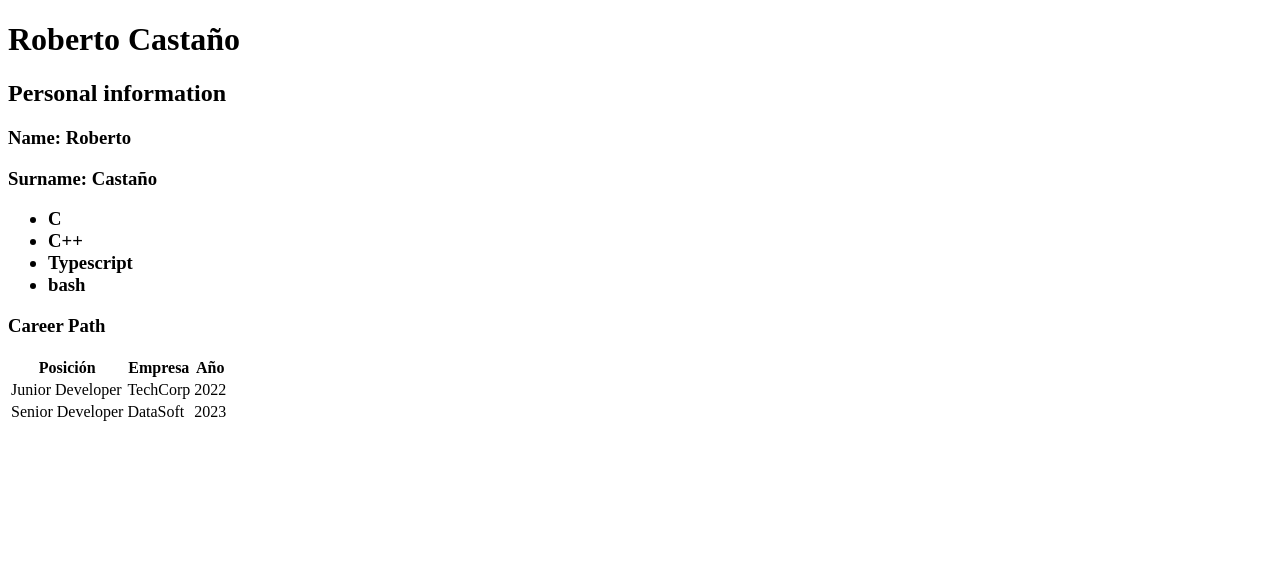
Repository: cronopi/django
Page: Training-Python-Django-0 1/ex01/cv.html
An editor plug-in stored every save of this project. The page is shown before and after the next save, followed by the edit.
The browser window is 1280 px wide. The pictures show the whole page.

Above is the page before, as saved 2026-03-10 12:18:01.

### Training-Python-Django-0 1/ex01/cv.html
<!DOCTYPE html>
<html>

<head>
	<title>Curriculum Vitae</title>
</head>

<body>
	<h1>Roberto Castaño</h1>
	<h2>Personal information</h2>
	<h3>
		Name: Roberto
	</h3>
	<h3>
		Surname: Castaño
	</h3>
	<h3>
		<ul>
			<li>C</li>
			<li>C++</li>
			<li>Typescript</li>
			<li>bash</li>

		</ul>

		<h3>Career Path</h2>
			<table>
				<tr>
					<th>Posición</th>
					<th>Empresa</th>
					<th>Año</th>
				</tr>
				<tr>
					<td>Junior Developer</td>
					<td>TechCorp</td>
					<td>2022</td>
				</tr>
				<tr>
					<td>Senior Developer</td>
					<td>DataSoft</td>
					<td>2023</td>
				</tr>
			</table>
</body>

</html>

After the next save:
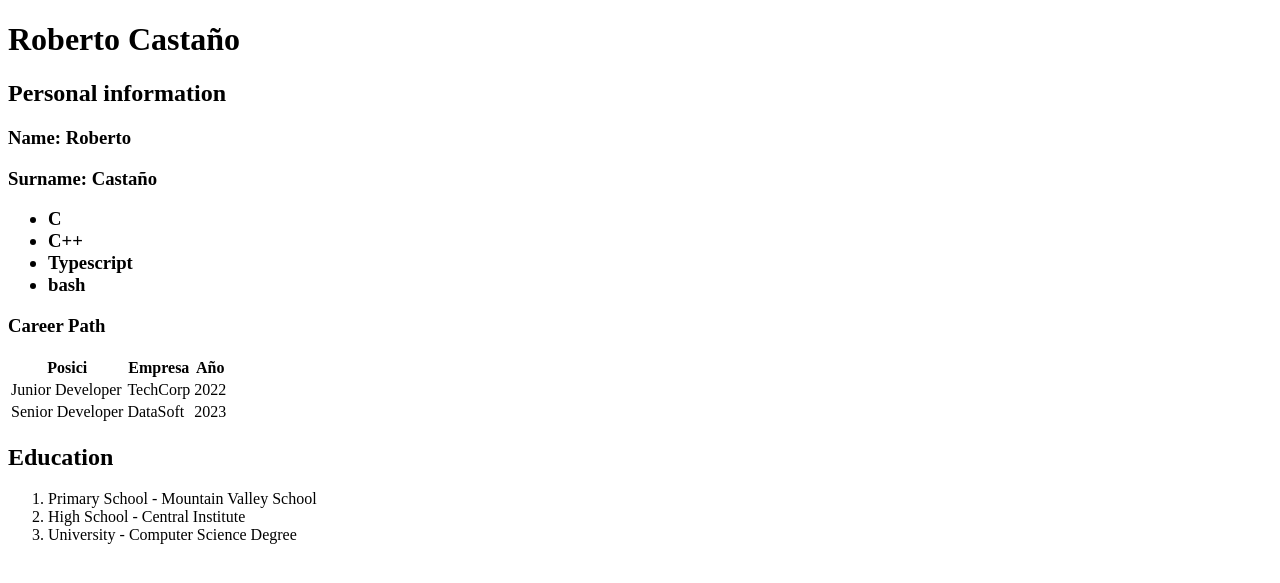
Saved 20 s later.
--- a/Training-Python-Django-0 1/ex01/cv.html
+++ b/Training-Python-Django-0 1/ex01/cv.html
@@ -26,7 +26,7 @@
 		<h3>Career Path</h2>
 			<table>
 				<tr>
-					<th>Posición</th>
+					<th>Posici</th>
 					<th>Empresa</th>
 					<th>Año</th>
 				</tr>
@@ -41,6 +41,13 @@
 					<td>2023</td>
 				</tr>
 			</table>
+
+	<h2>Education</h2>
+	<ol>
+		<li>Primary School - Mountain Valley School</li>
+		<li>High School - Central Institute</li>
+		<li>University - Computer Science Degree</li>
+	</ol>
 </body>
 
 </html>
